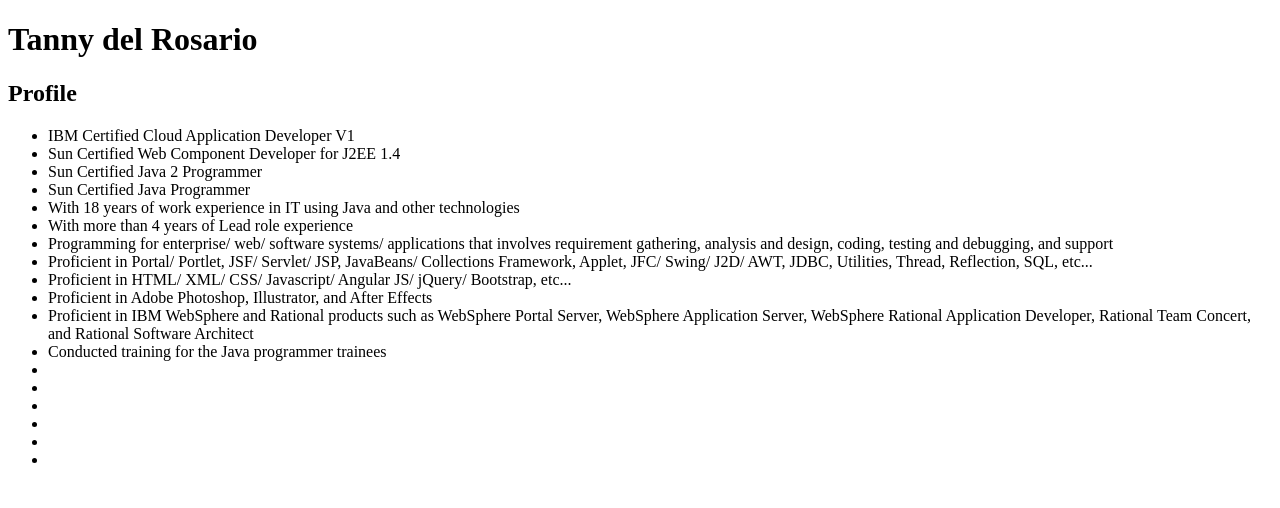
Repository: delrotf/tanny-del-rosario-resume
Page: workspace/tanny-del-rosario-resume.html
The author's editor kept a record of every edit. The page is drawn from the files as they stood at one moment, then again after the next edit.
The browser window is 1280 px wide. The pictures show the whole page.

Above is the page before.

After the next edit:
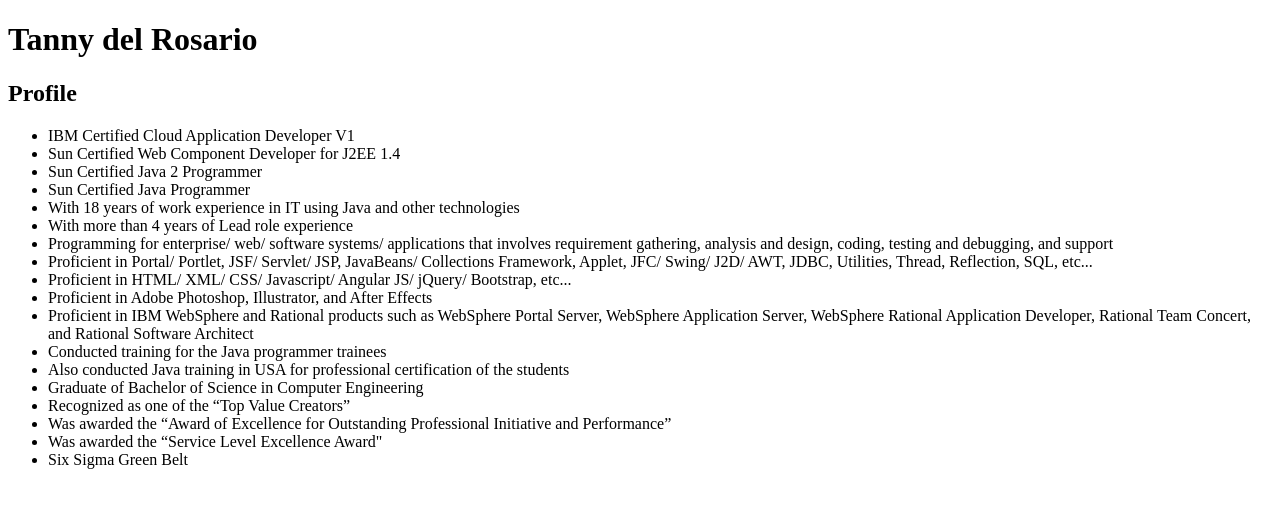
The edit:
--- a/workspace/tanny-del-rosario-resume.html
+++ b/workspace/tanny-del-rosario-resume.html
@@ -19,12 +19,12 @@
             <li>Proficient in Adobe Photoshop, Illustrator, and After Effects</li>
             <li>Proficient in IBM WebSphere and Rational products such as WebSphere Portal Server, WebSphere Application Server, WebSphere Rational Application Developer, Rational Team Concert, and Rational Software Architect</li>
             <li>Conducted training for the Java programmer trainees</li>
-            <li></li>
-            <li></li>
-            <li></li>
-            <li></li>
-            <li></li>
-            <li></li>
+            <li>Also conducted Java training in USA for professional certification of the students</li>
+            <li>Graduate of Bachelor of Science in Computer Engineering</li>
+            <li>Recognized as one of the “Top Value Creators”</li>
+            <li>Was awarded the “Award of Excellence for Outstanding Professional Initiative and Performance”</li>
+            <li>Was awarded the “Service Level Excellence Award"</li>
+            <li>Six Sigma Green Belt</li>
         </ul>
     </body>
 </html>
